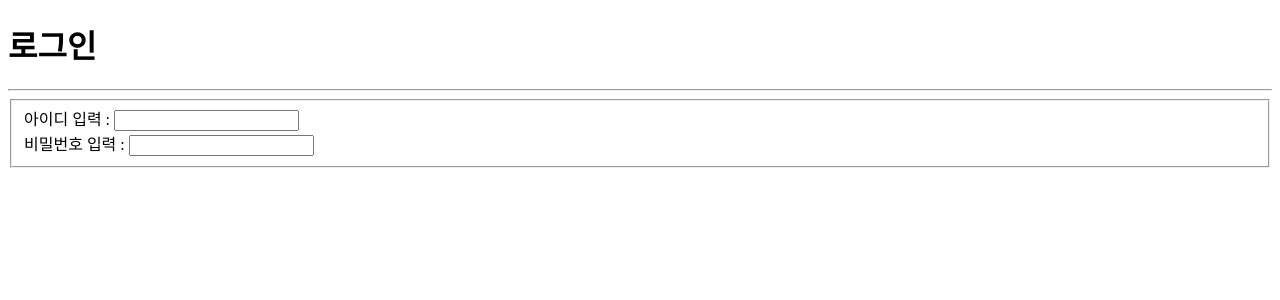
Repository: beescuit9510/toyProjects
Page: http://localhost/05_jspDbProject/views/loginFrm.jsp
These files come from the project's save history. The page is drawn as it stood at one moment and after the next save; the edit follows.
The browser window is 1280 px wide. The pictures show the whole page.
The page is served by Tomcat 9.

Above is the page before, as saved 2021-09-30 06:56:49.

After the next save:
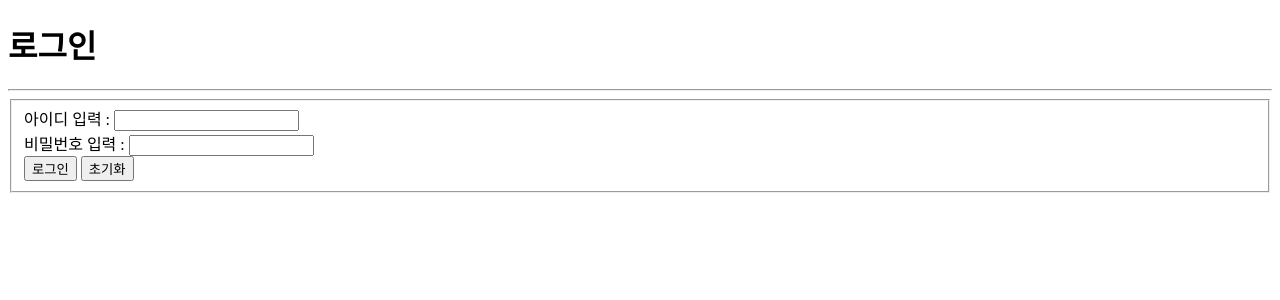
Saved 32 s later.
--- a/web-server-workplace/05_jspDbProject/src/main/webapp/views/loginFrm.jsp
+++ b/web-server-workplace/05_jspDbProject/src/main/webapp/views/loginFrm.jsp
@@ -15,6 +15,8 @@
 			<input type="text" name="memberId" id="memberId"><br>
 			<label for="memberPw">비밀번호 입력 : </label>
 			<input type="text" name="memberPw" id="memberPw"><br>
+			<input type="submit" value="로그인">
+			<input type="reset" value="초기화">
 		</fieldset>
 	</form>
 </body>
